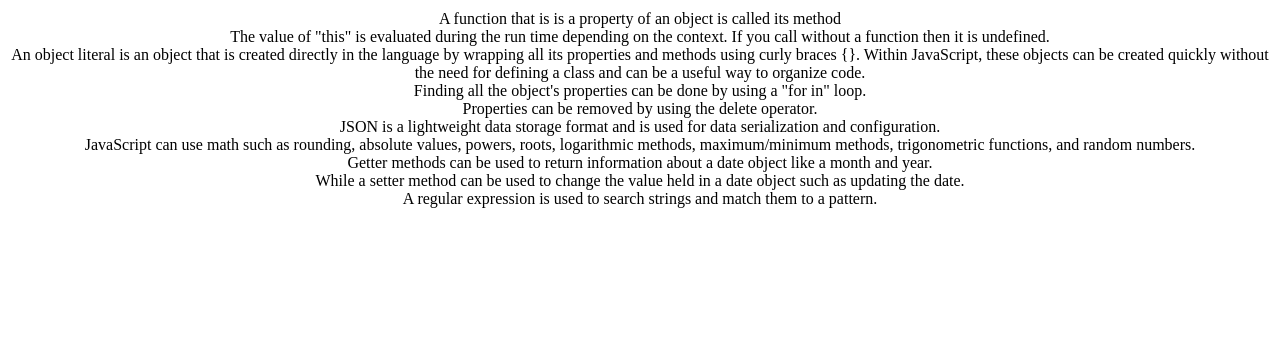
Repository: jknudsen97/WDD-330-Portfolio
Page: week4/notes.html
An editor plug-in stored every save of this project. The page is shown before and after the next save, followed by the edit.
The browser window is 1280 px wide. The pictures show the whole page.

Above is the page before, as saved 2021-10-20 19:54:28.

### week4/notes.html
<!DOCTYPE html>
<html lang="en">
<head>
    <meta charset="UTF-8">
    <meta http-equiv="X-UA-Compatible" content="IE=edge">
    <meta name="viewport" content="width=device-width, initial-scale=1.0">
    <link rel="stylesheet" href="../css/style.css">
    <title>Week 02 Notes</title>
</head>
<body>
    <p>
        A function that is is a property of an object is called its method<br>
        The value of "this" is evaluated during the run time depending on the context. If you call without a function then it is undefined.<br>
        An object literal is an object that is created directly in the language by wrapping all its properties and methods using curly braces {}. Within JavaScript, these objects can be created quickly without the need for defining a class and can be a useful way to organize code.<br>
        Finding all the object's properties can be done by using a "for in" loop.<br>
        Properties can be removed by using the delete operator.<br>
        JSON is a lightweight data storage format and is used for data serialization and configuration.<br>

        JavaScript can use math such as rounding, absolute values, powers, roots, logarithmic methods, maximum/minimum methods, trigonometric functions, and random numbers.<br>

        Getter methods can be used to return information about a date object like a month and year.<br>

        While a setter method can be used to change the value held in a date object such as updating the date.<br>

        A regular expression is used to search strings and match them to a pattern.<br>
    </p>
</body>
</html>

### css/style.css
main{
    text-align: center;
}

header{
    color: white;
    background-color: navy;
}

ul{
    list-style-type: none;
}

li{
    width: fit-content;
    border: 2px;
    margin: 5px;
    color: black;
    margin-left: auto;
    margin-right: auto;
    background-color: lightblue;
}

li:hover{
    color: black;
    background-color: white;
}

footer{
    background-color: navy;
    color: white;
}

p{
    display: block;
    border: 10px;
    margin: 10px;
    text-align: center;
    margin-left: auto;
    margin-right: auto;
}

After the next save:
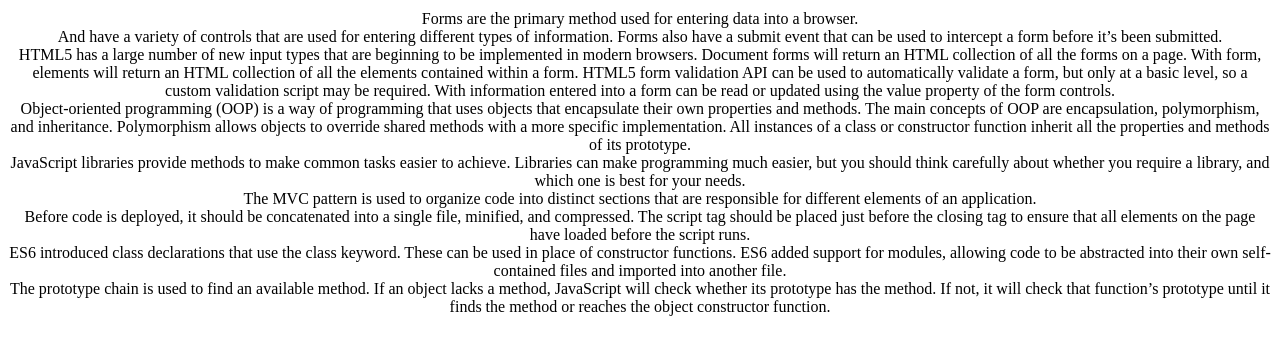
Saved 8 min 33 s later.
--- a/week4/notes.html
+++ b/week4/notes.html
@@ -9,20 +9,22 @@
 </head>
 <body>
     <p>
-        A function that is is a property of an object is called its method<br>
-        The value of "this" is evaluated during the run time depending on the context. If you call without a function then it is undefined.<br>
-        An object literal is an object that is created directly in the language by wrapping all its properties and methods using curly braces {}. Within JavaScript, these objects can be created quickly without the need for defining a class and can be a useful way to organize code.<br>
-        Finding all the object's properties can be done by using a "for in" loop.<br>
-        Properties can be removed by using the delete operator.<br>
-        JSON is a lightweight data storage format and is used for data serialization and configuration.<br>
-
-        JavaScript can use math such as rounding, absolute values, powers, roots, logarithmic methods, maximum/minimum methods, trigonometric functions, and random numbers.<br>
-
-        Getter methods can be used to return information about a date object like a month and year.<br>
-
-        While a setter method can be used to change the value held in a date object such as updating the date.<br>
-
-        A regular expression is used to search strings and match them to a pattern.<br>
+        Forms are the primary method used for entering data into a browser.<br>
+        And have a variety of controls that are used for entering different types of information. Forms also have a submit event that can be used to intercept a form before it’s been submitted.
+        <br>
+        HTML5 has a large number of new input types that are beginning to be implemented in modern browsers. Document forms will return an HTML collection of all the forms on a page. With form, elements will return an HTML collection of all the elements contained within a form. HTML5 form validation API can be used to automatically validate a form, but only at a basic level, so a custom validation script may be required. With information entered into a form can be read or updated using the value property of the form controls.
+        <br>
+        Object-oriented programming (OOP) is a way of programming that uses objects that encapsulate their own properties and methods. The main concepts of OOP are encapsulation, polymorphism, and inheritance. Polymorphism allows objects to override shared methods with a more specific implementation. All instances of a class or constructor function inherit all the properties and methods of its prototype.
+        <br>
+        JavaScript libraries provide methods to make common tasks easier to achieve. Libraries can make programming much easier, but you should think carefully about whether you require a library, and which one is best for your needs.
+        <br>
+        The MVC pattern is used to organize code into distinct sections that are responsible for different elements of an application.
+        <br>
+        Before code is deployed, it should be concatenated into a single file, minified, and compressed. The script tag should be placed just before the closing </body> tag to ensure that all elements on the page have loaded before the script runs.
+        <br>
+        ES6 introduced class declarations that use the class keyword. These can be used in place of constructor functions. ES6 added support for modules, allowing code to be abstracted into their own self-contained files and imported into another file.
+        <br>
+        The prototype chain is used to find an available method. If an object lacks a method, JavaScript will check whether its prototype has the method. If not, it will check that function’s prototype until it finds the method or reaches the object constructor function.
     </p>
 </body>
 </html>
